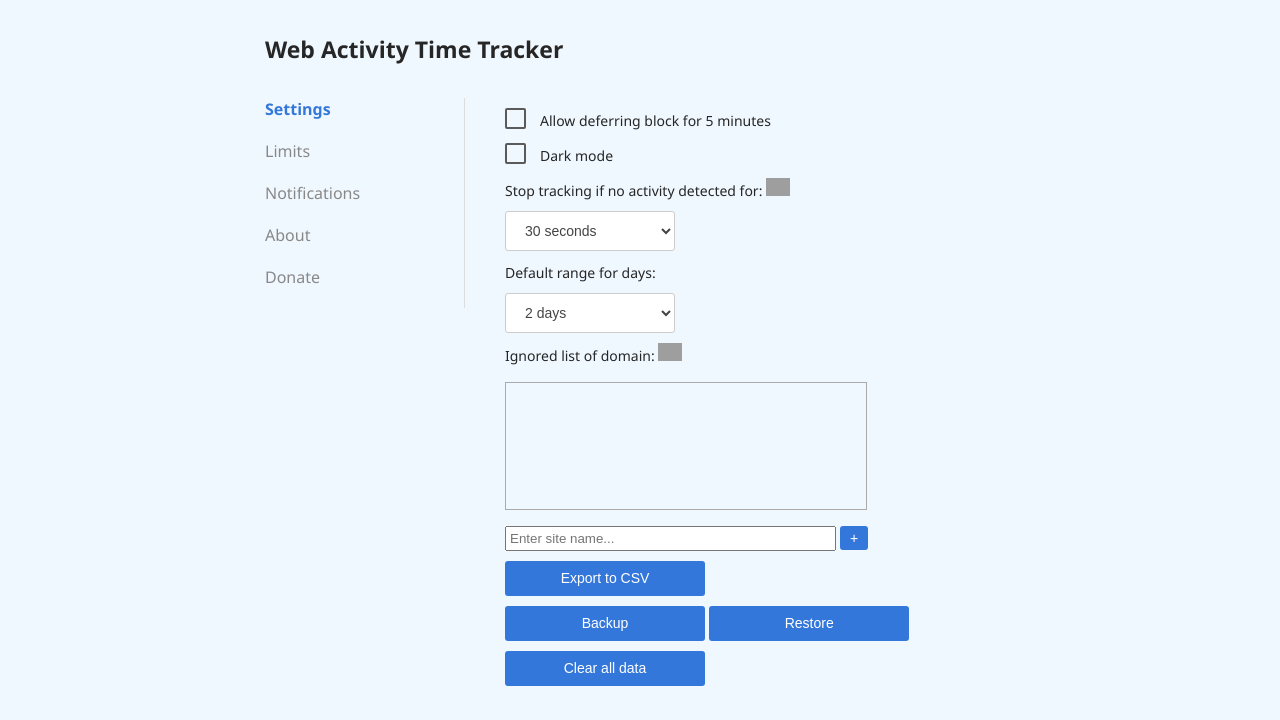
Repository: Inakhoyan/Lab-Project
Page: options.html
An editor plug-in stored every save of this project. The page is shown before and after the next save, followed by the edit.
The browser window is 1280 px wide. The pictures show the whole page.
Pictures or frames that could not be fetched are drawn as grey boxes.

Above is the page before, as saved 2022-11-19 00:37:47.
Console error: TypeError: Cannot read properties of null (reading 'addEventListener')

After the next save:
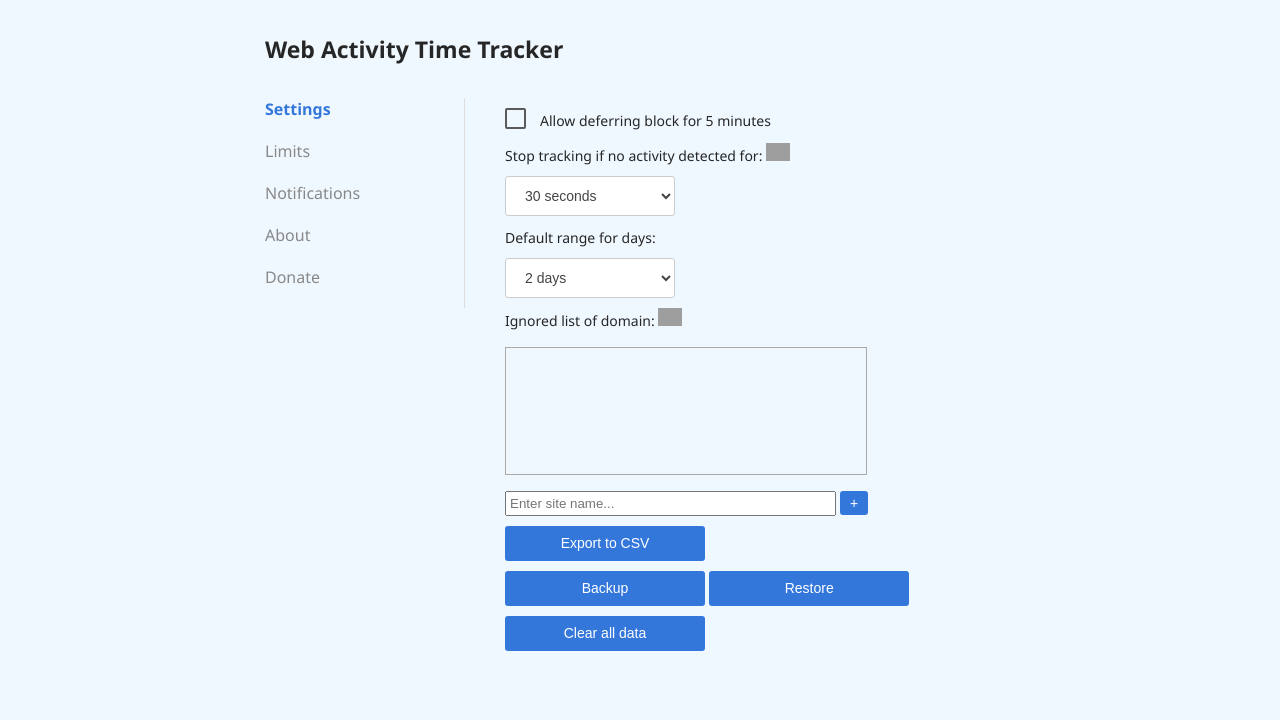
Saved 11 s later.
--- a/options.html
+++ b/options.html
@@ -38,12 +38,7 @@
                             <span>Allow deferring block for 5 minutes</span>
                         </label>
                     </div>
-                    <div class="margin-top-10">
-                        <label>
-                            <input type="checkbox" class="filled-in" id="darkMode">
-                            <span>Dark mode</span>
-                        </label>
-                    </div>
+
                     <div class="margin-top-10">
                         <label>Stop tracking if no activity detected for: </label>
                         <div class="tooltip"><img src="/icons/information.svg" height="18">
